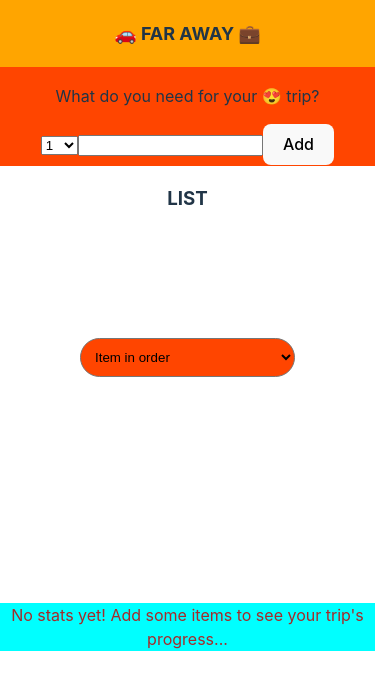
Repository: Celebration-cloud/Trip-Add-To-List
Page: /
An editor plug-in stored every save of this project. The page is shown before and after a run of saves, followed by the edit.
The browser window is 375 px wide. The pictures show the whole page.
The project was rebuilt for these pictures with package versions that can differ from the ones it lists, and the page was loaded fresh each time. Also part of the build but not shown: vite.config.js.

Above is the page before, as saved 2023-10-29 17:18:06.

### src/App.jsx
import './App.css'
import TripList from './Trip-List/TripList'

function App() {

  return (
    <>
    <TripList/>
    </>
  )
}

export default App

### src/App.css
#root {
  margin: 0;
  padding: 0;
  text-align: center;
}

.logo {
  height: 6em;
  padding: 1.5em;
  will-change: filter;
  transition: filter 300ms;
}
.logo:hover {
  filter: drop-shadow(0 0 2em #646cffaa);
}
.logo.react:hover {
  filter: drop-shadow(0 0 2em #61dafbaa);
}

@keyframes logo-spin {
  from {
    transform: rotate(0deg);
  }
  to {
    transform: rotate(360deg);
  }
}

@media (prefers-reduced-motion: no-preference) {
  a:nth-of-type(2) .logo {
    animation: logo-spin infinite 20s linear;
  }
}

.card {
  padding: 2em;
}

.read-the-docs {
  color: #888;
}

### src/Trip-List/TripList.jsx
/* eslint-disable react/no-unescaped-entities */
/* eslint-disable react/prop-types */
import { useState } from "react";
import './TripList.css'
function TripList() {
  const [addItem, setAddItem] = useState([]);

  const handleAddItem = (item) => {
    setAddItem((items) => [...items, item]);
  };
  const handleRemoveItem = (id) =>{
    setAddItem(items => items.filter(p => p.id !== id))
  }
  const handleChecked = (id) => {
    setAddItem(items => items.map(item => item.id === id ? {...item, packed: !item.packed} : item));
  };
  return (
    <div>
      <TripHead/>
      <TripForm handleAddItem={handleAddItem}/>
      <TripListForm addItem={addItem} remove={handleRemoveItem} check={handleChecked}/>
      <TripStats stats={addItem}/>
    </div>
  )
}

export default TripList

function TripHead() {
  return (
    <div style={{backgroundColor: "orange", padding: "5px"}}>
      <h2 className="title">🚗 FAR AWAY 💼</h2>
    </div>
  )
}

function TripForm({handleAddItem}) {
  const [item, setItem] = useState({description: "", quantity: 1})

  const handleSubmit = (e) =>{
    e.preventDefault();
    if (!item.description) return;

    const newItem = {
      des: item.description,
      amount: item.quantity,
      packed: false,
      id: Date.now(),
    };

    handleAddItem(newItem);
    setItem({ description: "", quantity: 1 });
  }
  const handleInput = (e) =>{
    setItem(prev => ({...prev, description: e.target.value}))
  }
  const handleOption = (e) =>{
    setItem(prevState => ({...prevState,quantity: Number(e.target.value)}))
  }
  return (
    <div style={{ backgroundColor: "orangered", padding: "1px" }}>
      <form onSubmit={handleSubmit}>
        <span>
          <p>What do you need for your 😍 trip?</p>
          <select onChange={handleOption} value={item.quantity}>
            {Array.from({ length: 10 }, (_, i) => i + 1).map((num) => (
              <option value={num} key={num}>
                {num}
              </option>
            ))}
          </select>
          <input onChange={handleInput} value={item.description}></input>
          <button type="submit">Add</button>
        </span>
      </form>
    </div>
  );
}

function TripListForm({addItem, remove, check}) {
  const [sort, setSort] = useState("input")
  const sortingBy = (e) => {
    setSort(e.target.value);
  };
  let sorting;
  if (sort === "input") sorting = addItem;
  if (sort === "checked")
    sorting = addItem.slice().sort((a, b) => a.des.localeCompare(b.des));
  if (sort === "order")
    sorting = addItem
      .slice()
      .sort((a, b) => Number(a.packed) - Number(b.packed));

  return (
    <>
      <h3>LIST</h3>
      <ul style={{ listStyleType: "none" }}>
        <li style={{display: 'flex', flexWrap: "wrap"}}>
          {sorting?.map((item) => (
            <>
              <input
                type="checkbox"
                value={item.packed}
                onChange={() => check(item.id)}
              />
              <span
                key={item.id}
                style={item.packed ? { textDecoration: "line-through" } : {}}
              >
                {item.amount}-{item.des}
              </span>
              <button onClick={() => remove(item.id)}>
                🚩
              </button>
            </>
          ))}
        </li>
      </ul>
      <div>
        <select onChange={sortingBy} value={sort} style={{padding: "10px 100px 10px 10px", marginTop: "90px", backgroundColor: "orangered", borderRadius: "20px"}}>
          <option value="input" style={{marginRight: "5px", backgroundColor: "brown" }}>Item in order</option>
          <option value="checked" style={{marginRight: "5px"}}>Checked Item</option>
          <option value="order" style={{marginRight: "5px"}}>Split Item</option>
        </select>
      </div>
    </>
  );
}

function TripStats({stats}) {
  if(!stats.length)
  return (
    <footer className="static">
      <p>No stats yet! Add some items to see your trip's progress...</p>
    </footer>
  );
  const total = stats.length
  const packed= stats.filter(items => items.packed).length
  const percent = Math.round((packed / total) * 100)
  return (
    <>
      {percent === 100 ? (
        <footer className="static">
          <p>You have Completed the List✈</p>
        </footer>
      ) : (
        <footer className="static">
          <p>
            You have {total} items on your list, and already packed {packed} (
            {percent}%)
          </p>
        </footer>
      )}
    </>
  );
}

### src/Trip-List/TripList.css
/* backgroundColor: "aqua",
            color: "brown",
            bottom: "0%",
            height: "30px",
            width: "100%", */
.static{
    position: absolute;
    background-color: aqua;
    color: brown;
    bottom: 0px;
    width: 100%;
}
.title{
    font-family: inherit;
    font-size: 20px;
}
@media (max-width: 480px) {
    .static{
    position: relative;
    background-color: aqua;
    color: brown;
    top: 210px;
    margin-bottom: auto;
    width: 100%;
}
.title{
    font-family: inherit;
    font-size: large;
}
}

Loaded but not shown: index.html (common file); src/main.jsx (common file); src/index.css (common file)

After the next 4 saves:
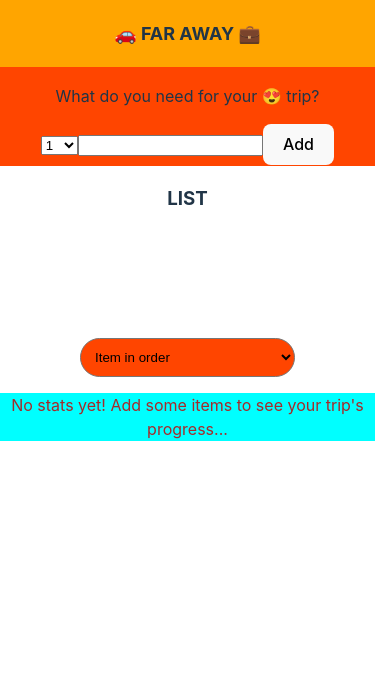
The 4 saves are shown as one change because they came seconds apart.
The last was saved 51 s later.
--- a/src/Trip-List/TripList.css
+++ b/src/Trip-List/TripList.css
@@ -19,7 +19,7 @@
     position: relative;
     background-color: aqua;
     color: brown;
-    top: 210px;
+    top: auto;
     margin-bottom: auto;
     width: 100%;
 }
